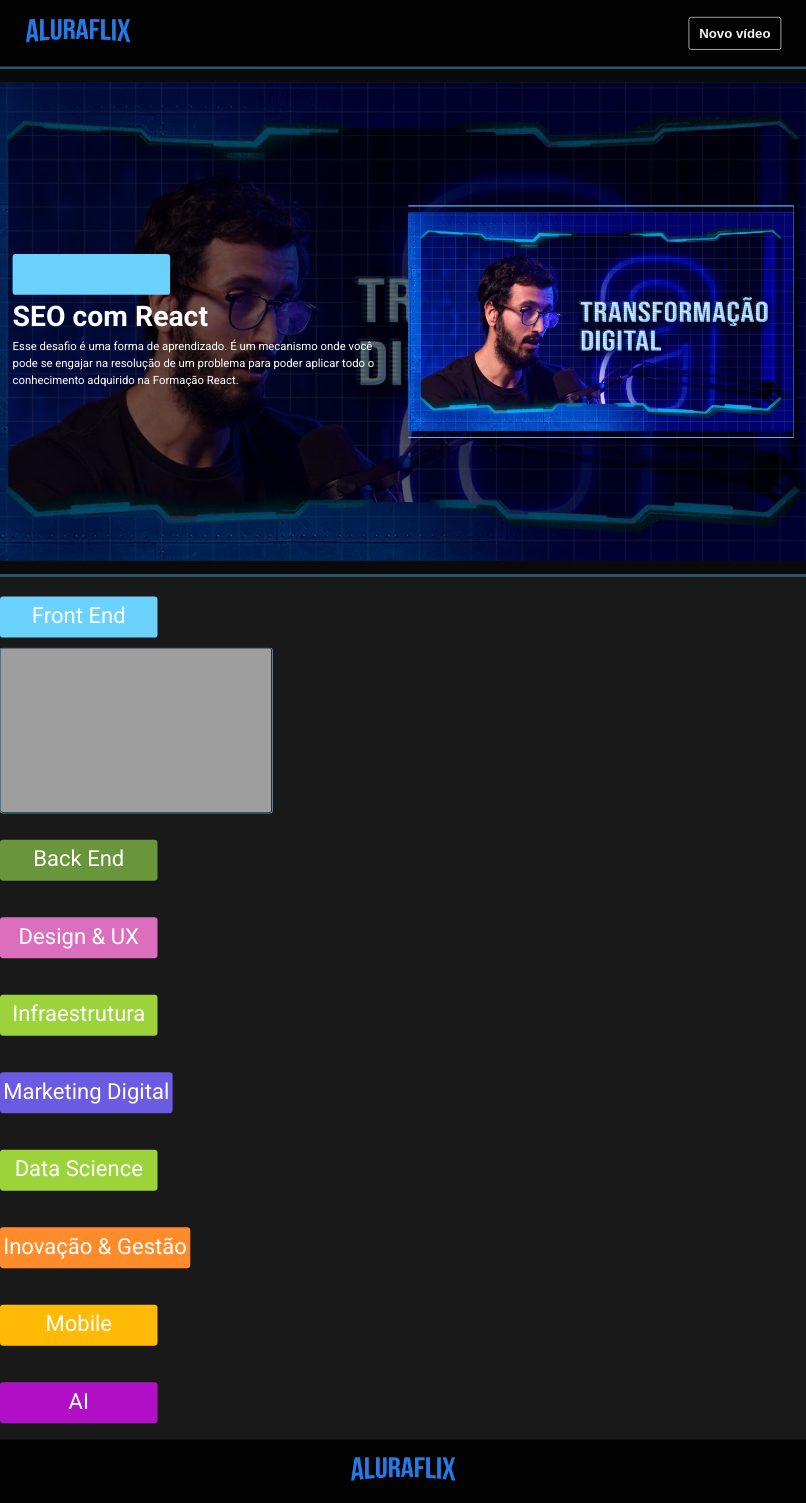
Repository: CarlosEduardoVdeOliveira/aluraflix
Page: /
The author's editor kept a copy of each file at every save. The page is drawn from the files as they stood at one save, then again after the next save.
The browser window is 1280 px wide. The pictures show the whole page, at 63% of full size.
Pictures or frames that could not be fetched are drawn as grey boxes. The project was rebuilt for these pictures with package versions that can differ from the ones it lists, and the page was loaded fresh each time. Also part of the build but not shown: vite.config.js, src/components/Input/Input.module.css, src/components/Input/index.jsx, src/components/TextArea/TextArea.module.css, src/components/TextArea/index.jsx, src/pages/RegisterVideo/Register.module.css, src/pages/RegisterVideo/index.jsx, src/components/Table/Table.module.css and 3 more.

Above is the page before, as saved 2023-09-26 10:40:21.

After the next save:
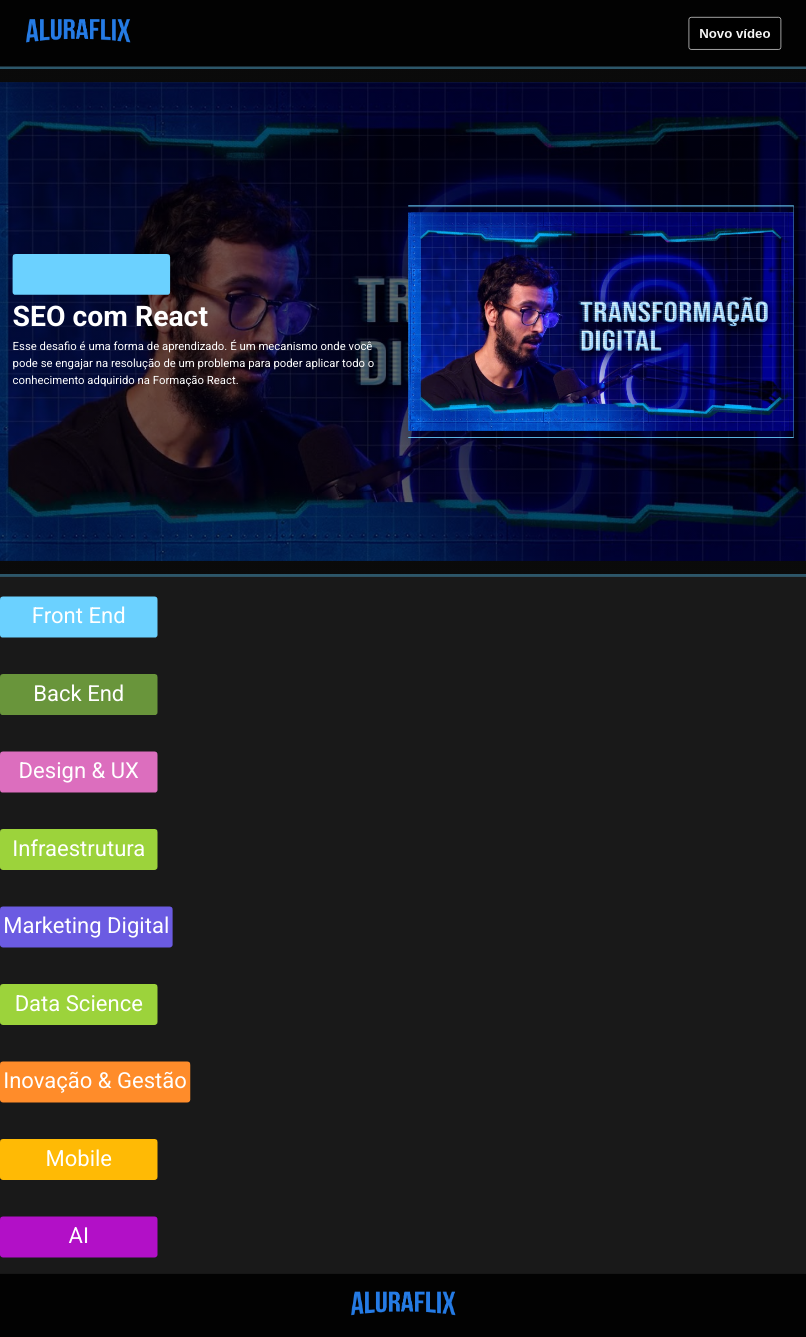
Saved 30 s later.
--- a/src/components/Banner/index.jsx
+++ b/src/components/Banner/index.jsx
@@ -15,7 +15,7 @@ export const Banner = ({banner}) => {
               bgColor="#6BD1FF"
               color="#f5f5f5"
             >
-             {videos.splice(1)}
+             {videos.splice(name)}
             </TitleCategory>
             <h5 >
               SEO com React
